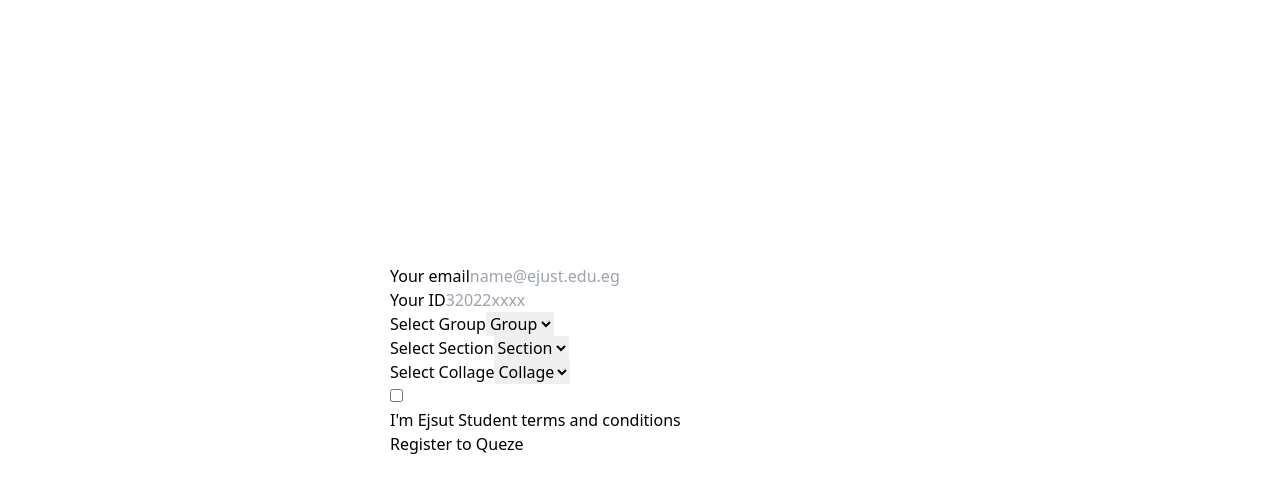
Repository: AbdalrahmanEldeep/FIBOTIC
Page: /
An editor plug-in stored every save of this project. The page is shown before and after the next save, followed by the edit.
The browser window is 1280 px wide. The pictures show the whole page.
The project was rebuilt for these pictures with package versions that can differ from the ones it lists, and the page was loaded fresh each time. Also part of the build but not shown: vite.config.js, src/pages/protecter.jsx, src/pages/exame.jsx.

Above is the page before, as saved 2023-01-06 22:48:22.

After the next save:
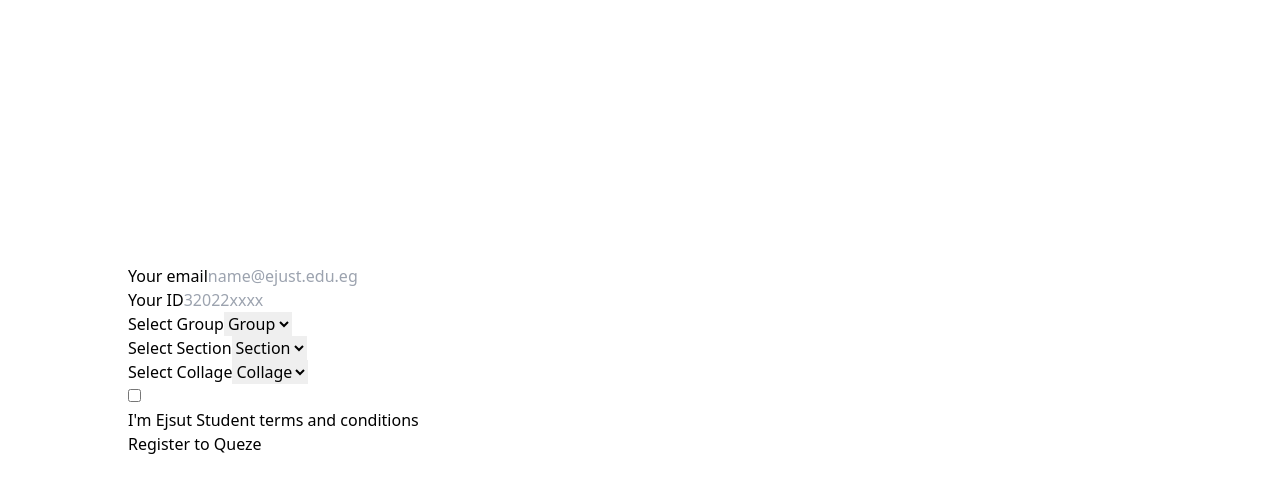
Saved 76 s later.
--- a/src/pages/home.jsx
+++ b/src/pages/home.jsx
@@ -8,7 +8,8 @@ const Container = styled.div`
   top: 50%;
   left: 50%;
   transform: translate(-50%,-50%);
-  width: 500px;
+  width: 80%;
+  margin: 0 auto;
 
 `
 
